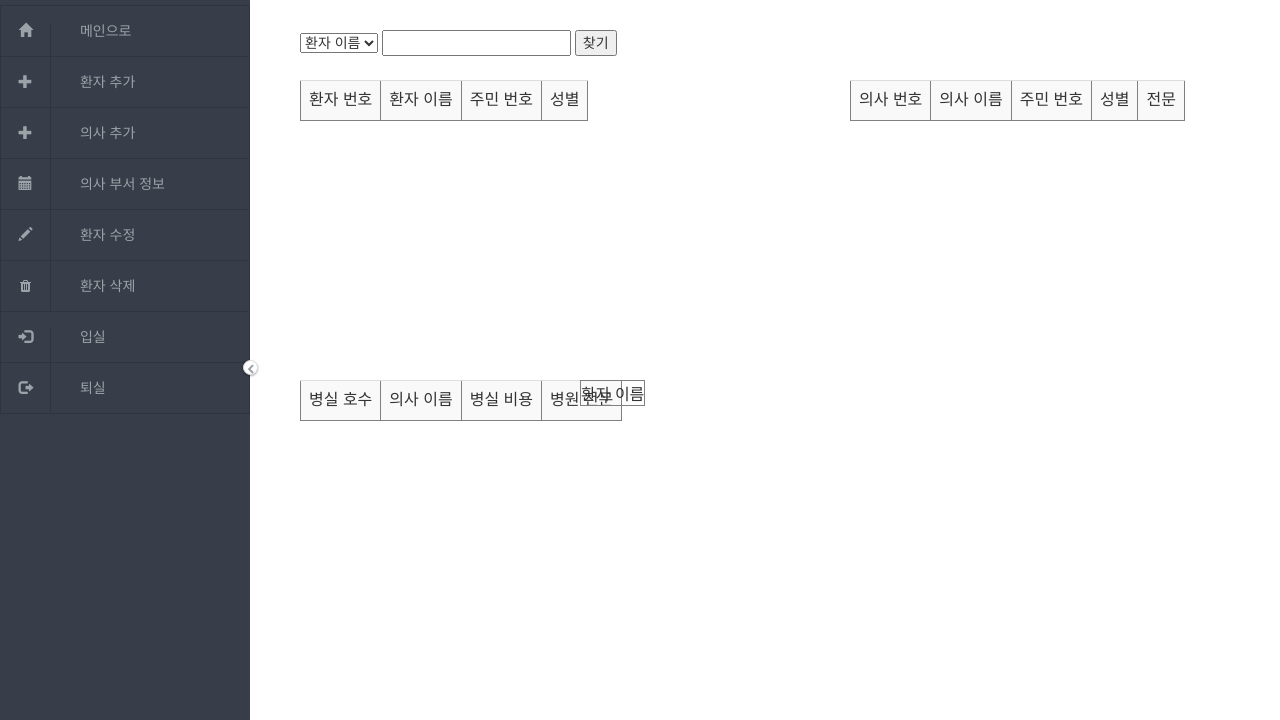
Repository: qaws1134/Hospital_manager
Page: http://localhost/project/main.jsp
These files come from the project's save history. The page is drawn as it stood at one moment and after the next save; the edit follows.
The browser window is 1280 px wide. The pictures show the whole page.
Some web libraries are served in a nearby version. The page is served by Tomcat 9. Other server files are loaded and not shown. The template is opened directly, without the code that normally fills it, so the values that code supplies are empty.

Above is the page before, as saved 2017-12-09 16:29:43.
Console error (its wording comes from the project's code and is left out).

### project/WebContent/main.jsp
<%@ page language="java" contentType="text/html; charset=UTF-8"
    pageEncoding="UTF-8"%>
<%@ taglib uri="http://java.sun.com/jsp/jstl/core" prefix="c" %>

<html lang="kr">
	<head>

	<meta http-equiv="Content-Type" content="text/html" charset="UTF-8">
	<title>http://www.blueb.co.kr</title>
<link rel="stylesheet" href="http://netdna.bootstrapcdn.com/font-awesome/4.3.0/css/font-awesome.min.css">
<!-- 합쳐지고 최소화된 최신 CSS -->
<link rel="stylesheet" href="https://maxcdn.bootstrapcdn.com/bootstrap/3.3.2/css/bootstrap.min.css">
<!-- 부가적인 테마 -->
<link rel="stylesheet" href="https://maxcdn.bootstrapcdn.com/bootstrap/3.3.2/css/bootstrap-theme.min.css">

<!-- 합쳐지고 최소화된 최신 자바스크립트 -->
<script src="https://maxcdn.bootstrapcdn.com/bootstrap/3.3.2/js/bootstrap.min.js"></script>

<style type="text/css">
input[type="checkbox"]#menu_state {
  display: none;
}
input[type="checkbox"]:checked ~ nav {
  width: 250px;
}
input[type="checkbox"]:checked ~ nav label[for="menu_state"] i::before {
  content: "\f053";
}
input[type="checkbox"]:checked ~ nav ul {
  width: 100%;
}
input[type="checkbox"]:checked ~ nav ul li a i {
  border-right: 1px solid #2f343e;
}
input[type="checkbox"]:checked ~ nav ul li a span {
  opacity: 1;
  transition: opacity 0.25s ease-in-out;
}
input[type="checkbox"]:checked ~ main {
  left: 250px;
}
nav {
  position: fixed;
  z-index: 9;
  top: 0;
  left: 0;
  bottom: 0;
  background: #383e49;
  color: #9aa3a8;
  width: 50px;
  font-family: 'Montserrat', sans-serif;
  font-weight: lighter;
  transition: all 0.15s ease-in-out;
}
nav label[for="menu_state"] i {
  cursor: pointer;
  position: absolute;
  top: 50%;
  right: -8px;
  box-shadow: 0 1px 3px rgba(0,0,0,0.12), 0 1px 2px rgba(0,0,0,0.24);
  background: #fff;
  font-size: 10px;
  display: flex;
  justify-content: center;
  align-items: center;
  height: 15px;
  width: 15px;
  border-radius: 50%;
  border: 1px solid #ddd;
  transition: width 0.15s ease-in-out;
  z-index: 1;
}
nav label[for="menu_state"] i::before {
  margin-top: 2px;
  content: "\f054";
}
nav label[for="menu_state"] i:hover {
  box-shadow: 0 10px 20px rgba(0,0,0,0.19), 0 6px 6px rgba(0,0,0,0.23);
}
nav ul {
  overflow: hidden;
  display: block;
  width: 50px;
  list-style-type: none;
  padding: 0;
  margin: 0;
}
nav ul li {
  border: 1px solid #2f343e;
  position: relative;
}
nav ul li.unread:after {
  content: attr(data-content);
  position: absolute;
  top: 10px;
  left: 25px;
  display: flex;
  justify-content: center;
  align-items: center;
  width: 15px;
  height: 15px;
  border-radius: 50%;
  color: #fff;
  background: #ef5952;
  font-size: 8px;
}
nav ul li:not(:last-child) {
  border-bottom: none;
}
nav ul li.active a {
  background: #4c515d;
  color: #fff;
}
nav ul li a {
  position: relative;
  display: block;
  white-space: nowrap;
  text-decoration: none;
  color: #9aa3a8;
  height: 50px;
  width: 100%;
  transition: all 0.15s ease-in-out;
}
nav ul li a:hover {
  background: #4c515d;
  color: #fff;
}
nav ul li a * {
  height: 100%;
  display: inline-block;
}
nav ul li a i {
  text-align: center;
  width: 50px;
  z-index: 999999;
}
nav ul li a i.fa {
  line-height: 50px;
}
nav ul li a span {
  padding-left: 25px;
  opacity: 0;
  line-height: 50px;
  transition: opacity 0.1s ease-in-out;


}

</style>
</head>

<body>
<input type="checkbox" id="menu_state" checked>
<nav>
	<label for="menu_state"><i class="fa"></i></label>
	<ul>
    <li>
      <a href="main.do">
        <i class="glyphicon glyphicon-home"></i>
        <span>메인으로</span>   <!--환자 대기 목록,병실 목록 및 현황-->
      </a>
    </li>
		<li>
			<a href="P_addui.do">
				<i class="glyphicon glyphicon-plus"></i>
				<span>환자 추가</span>
			</a>
		</li>
		<li>
			<a href="D_addui.do">
				<i class="glyphicon glyphicon-plus"></i>
				<span>의사 추가</span>
			</a>
		</li>

		<li>
			<a href="D_clsif.do">
				<i class="glyphicon glyphicon-calendar"></i>
				<span>의사 부서 정보</span>
			</a>
		</li>

		<li>
			<a href="cristal.do">
				<i class="glyphicon glyphicon-pencil"></i>
				<span>환자 수정</span>
			</a>
		</li>
		<li>
			<a href="delsel.do">
				<i class="fa fa-trash"></i>
				<span>환자 삭제</span>
			</a>
		</li>
      <li>
      <a href="insel.do">
        <i class="glyphicon glyphicon-log-in"></i>
        <span>입실</span>
      </a>
    </li>
        <li>
      <a href="javascript:void(0)">
        <i class="glyphicon glyphicon-log-out"></i>
        <span>퇴실</span>
      </a>
    </li>
	</ul>
</nav>
<section style="position:absolute; top:30px;left:300px">
<form action="search.do">
	<select name ="searchName"size ="1">
		<option value="p_name">환자 이름</option>
		<option value="d_name">의사 이름</option>
		<option value="d_cls">병원 종류</option>
	</select>
	<input type="text" name="searchValue">
	<input type="submit" value="찾기">
</form>
</section>

<!-- 환자 정보	 -->
<section style="position:absolute; top:80px;left:300px">
      <table border="1" class="table table-striped">
      	<tr>
      		<td>환자 번호</td>
      		<td>환자 이름</td>
      		<td>주민 번호</td>
      		<td>성별</td>
      	</tr>

      	<c:forEach items="${P_list}" var="dto">
	      	<tr>
	      		<td>${dto.p_NUM}</td>
	      		<td>${dto.p_NAME}</td>
	      		<td>${dto.p_PERNUM}</td>
	      		<td>${dto.p_GENDER }</td>
	      	</tr>
		</c:forEach>
      </table>
</section>
<!-- 의사 정보 -->
<section style="position:absolute; top:80px;left:850px">
     <table border="1" class="table table-striped">
      	<tr>
      		<td>의사 번호</td>
      		<td>의사 이름</td>
      		<td>주민 번호</td>
      		<td>성별</td>
      		<td>전문</td>
      	</tr>


      	<c:forEach items="${D_list}" var="dto">
	      	<tr>
	      		<td>${dto.d_NUM}</td>
	      		<td>${dto.d_NAME}</td>
	      		<td>${dto.d_PERNUM}</td>
	      		<td>${dto.d_GENDER }</td>
	      		<td>${dto.d_CLS}</td>
	      	</tr>
		</c:forEach>
      </table>
</section>

<!-- 병실 정보 -->
<section style="position:absolute; top:380px;left:300px">
      <table border="1" class="table table-striped">
      	<tr>
      		<td>병실 호수</td>
      		<td>의사 이름</td>
      		<td>병실 비용</td>
  			<td>병원 전문</td>


      	</tr>

      	<c:forEach items="${D_inshow}" var="dto">
	      	<tr>
	      		<td>${dto.h_NUM}호</td>
	      		<td>${dto.d_NAME}</td>
	      		<td>${dto.h_COST}</td>
	      		<td>${dto.d_CLS}</td>
	      	</tr>
		</c:forEach>
      </table>
</section>
<section style="position:absolute; top:380px;left:580px">
      <table border="1">
      	<tr>
      		<td>환자 이름</td>
      	</tr>
      	<c:forEach items="${P_inshow}" var="dto">
	      	<tr>
	      		<td>${dto.p_NAME}</td>
	      	</tr>
		</c:forEach>
      </table>
</section>

<!--
<section style="position:absolute; top:400px;left:300px">
     <table border="1">
		<tr>
      	<c:forEach items="${D_list}" var="dto">
	      		<td>${dto.d_NUM}</td>
	      		<td>${dto.d_NAME}</td>
	      		<td>${dto.d_PERNUM}</td>
	      		<td>${dto.d_GENDER }</td>
	      		<td>${dto.d_CLS}</td>
		</c:forEach>
		</tr>
		<tr>
      	<c:forEach items="${D_list}" var="dto">
	      		<td>${dto.d_NUM}</td>
	      		<td>${dto.d_NAME}</td>
	      		<td>${dto.d_PERNUM}</td>
	      		<td>${dto.d_GENDER }</td>
	      		<td>${dto.d_CLS}</td>
		</c:forEach>
		</tr>
		<tr>
      	<c:forEach items="${D_list}" var="dto">
	      		<td>${dto.d_NUM}</td>
	      		<td>${dto.d_NAME}</td>
	      		<td>${dto.d_PERNUM}</td>
	      		<td>${dto.d_GENDER }</td>
	      		<td>${dto.d_CLS}</td>
		</c:forEach>
		</tr>
      </table>
</section>
-->



</body>
</html>

After the next save:
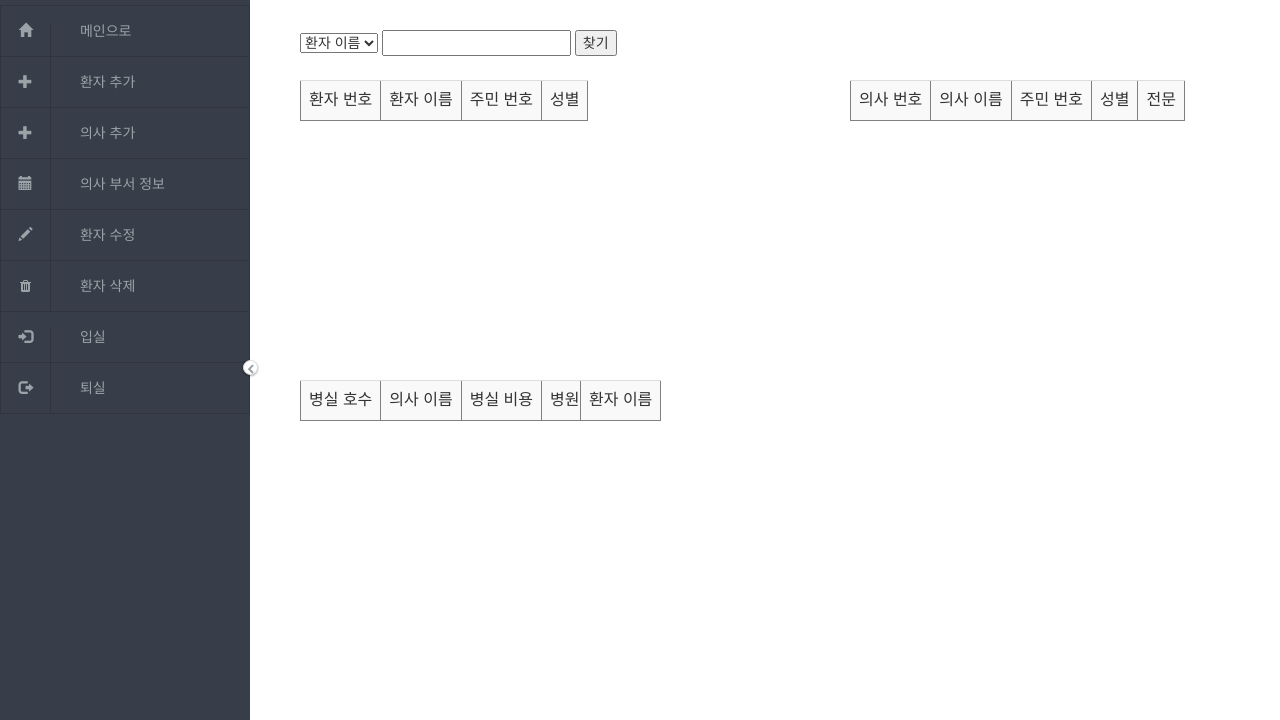
Saved 21 s later.
--- a/project/WebContent/main.jsp
+++ b/project/WebContent/main.jsp
@@ -285,7 +285,7 @@ nav ul li a span {
       </table>
 </section>
 <section style="position:absolute; top:380px;left:580px">
-      <table border="1">
+      <table border="1" class="table table-striped">
       	<tr>
       		<td>환자 이름</td>
       	</tr>
